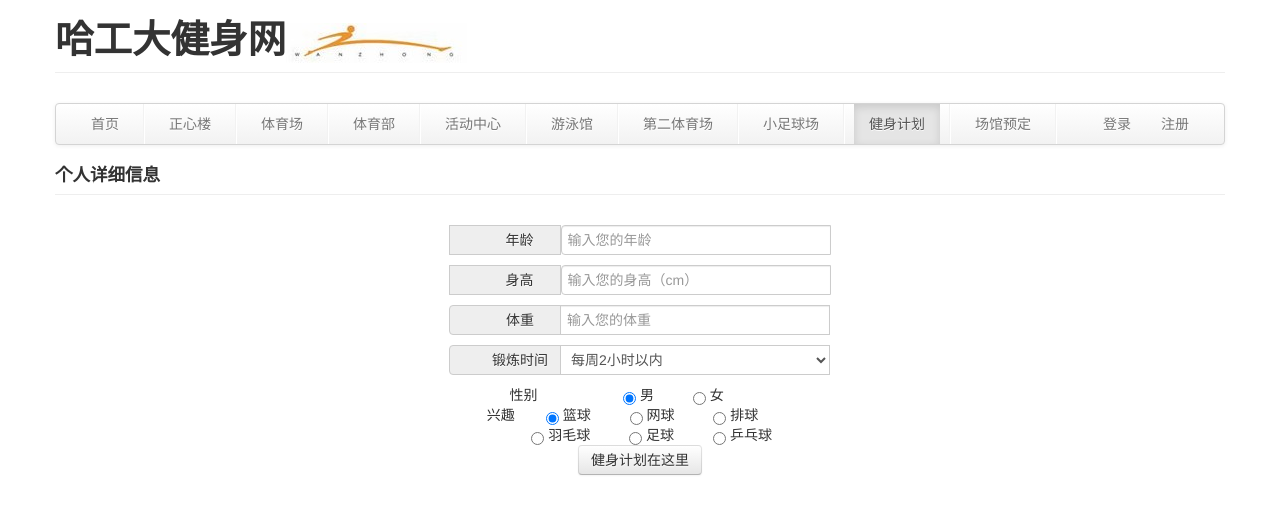
Repository: hitDeveloper/fitness
Page: http://localhost/project/myplan.jsp
The author's editor kept a copy of each file at every save. The page is drawn from the files as they stood at one save, then again after the next save.
The browser window is 1280 px wide. The pictures show the whole page.
The page is served by Tomcat 9. Nobody is signed in. The application's start-up code is not run. Other server files are loaded and not shown.

Above is the page before, as saved 2014-11-19 01:16:19.

### Project/project/WebRoot/myplan.jsp
<%@ page language="java" import="java.util.*" pageEncoding="UTF-8"%>
<!DOCTYPE html>
<html>
<head>
<title>首页</title>
	<meta name="viewport" content="width=device-width, initial-scale=1.0"  charset="utf-8">
	<link href="bootstrap.min.css" rel="stylesheet" type="text/css" media="screen">
	<link href="bootstrap-responsive.min.css" rel="stylesheet" type="text/css">
</head>
<body>
<div class="container">
<h1 class="page-header" >哈工大健身网<img src="image/logo.jpg"></h1>
<div class="navbar">
<div class="navbar-inner">
<div class="container">
<ul class="nav">
	<li><a href="main.jsp">首页</a></li>
	<li class="divider-vertical"></li>
	<li><a href="zhengxin.jsp">正心楼</a></li>
	<li class="divider-vertical"></li>
	<li><a href="gym.jsp">体育场</a></li>
	<li class="divider-vertical"></li>
	<li><a href="tiyubu.jsp">体育部</a></li>
	<li class="divider-vertical"></li>
	<li><a href="center.jsp">活动中心</a></li>
	<li class="divider-vertical"></li>
	<li><a href="swimming.jsp">游泳馆</a></li>
	<li class="divider-vertical"></li>
	<li><a href="gym2.jsp">第二体育场</a></li>
	<li class="divider-vertical"></li>
	<li><a href="xiaozuqiuchang.jsp">小足球场</a></li>
	<li class="divider-vertical"></li>
	<li class="active"><a href="myplan.jsp">健身计划</a></li>
	<li class="divider-vertical"></li>
	<li><a href="book.jsp">场馆预定</a></li>
	<li class="divider-vertical"></li>
</ul>
<ul class="nav pull-right">
	<li><a href="login.jsp">登录</a></li>
	<li><a href="register.jsp">注册</a></li>
</ul>
</div>
</div>
</div>
<h4 class="page-header">个人详细信息</h4>
<div align="center">
<div class="input-append">
<span class="add-on"><div class="span1" align="center">年龄</div></span>
<input type="text" placeholder="输入您的年龄" class="span3" name="age" />
</div></div>
<div align="center">
<div class="input-append">
<span class="add-on"><div class="span1" align="center">身高</div></span>
<input type="password" placeholder="输入您的身高（cm）" class="span3" name="height" />
</div></div>
<div align="center">
<div class="input-prepend input-append">
<span class="add-on"><div class="span1" align="center">体重</div></span>
<input type="password" placeholder="输入您的体重" class="span3" name="weight" />
</div></div>
<div align="center">
<div class="input-prepend input-append">
<span class="add-on"><div class="span1" align="center">锻炼时间</div></span>
<select class="span3" name="payTime">
<option value="每周2小时以内">每周2小时以内</option>
<option value="每周2-5小时之间">每周2-5小时之间</option>
<option value="每周5小时以上">每周5小时以上</option>
</select>
</div></div>
<div align="center">
	 性别&nbsp;&nbsp;&nbsp;&nbsp;&nbsp;&nbsp;&nbsp;&nbsp;&nbsp;&nbsp;&nbsp;&nbsp;&nbsp;&nbsp;&nbsp;&nbsp;&nbsp;&nbsp;&nbsp;&nbsp;&nbsp;
     <input type="radio" name="gender" value="男" checked> 男&nbsp;&nbsp;&nbsp;&nbsp;&nbsp;&nbsp;&nbsp;&nbsp;&nbsp;
     <input type="radio" name="gender" value="女"> 女&nbsp;&nbsp;&nbsp;&nbsp;&nbsp;&nbsp;&nbsp;&nbsp;&nbsp;&nbsp;&nbsp;&nbsp;
</div>
<div align="center">
	 兴趣&nbsp;&nbsp;&nbsp;&nbsp;&nbsp;&nbsp;&nbsp;
     <input type="radio" name="hobby" value="篮球" checked> 篮球&nbsp;&nbsp;&nbsp;&nbsp;&nbsp;&nbsp;&nbsp;&nbsp;&nbsp;
     <input type="radio" name="hobby" value="网球">         网球&nbsp;&nbsp;&nbsp;&nbsp;&nbsp;&nbsp;&nbsp;&nbsp;&nbsp;
     <input type="radio" name="hobby" value="排球">         排球&nbsp;&nbsp;&nbsp;&nbsp;&nbsp;&nbsp;&nbsp;&nbsp;&nbsp;<br>
     &nbsp;&nbsp;&nbsp;&nbsp;&nbsp;&nbsp;&nbsp;&nbsp;&nbsp;&nbsp;&nbsp;&nbsp;&nbsp;&nbsp;
     <input type="radio" name="hobby" value="羽毛球">         羽毛球&nbsp;&nbsp;&nbsp;&nbsp;&nbsp;&nbsp;&nbsp;&nbsp;&nbsp;
     <input type="radio" name="hobby" value="足球">         足球&nbsp;&nbsp;&nbsp;&nbsp;&nbsp;&nbsp;&nbsp;&nbsp;&nbsp;
     <input type="radio" name="hobby" value="乒乓球">         乒乓球&nbsp;&nbsp;&nbsp;&nbsp;&nbsp;&nbsp;&nbsp;&nbsp;&nbsp;
</div>
<div align="center">
	<input class="btn" type="submit" value="健身计划在这里"/>
</div>

</div>
		<script src="jquery-1.11.1.min.js"></script>
		<script src="bootstrap.min.js"></script>
</body>
</html>

Loaded but not shown: Project/project/WebRoot/bootstrap.min.css (library); Project/project/WebRoot/bootstrap-responsive.min.css (library); Project/project/WebRoot/jquery-1.11.1.min.js (library); Project/project/WebRoot/bootstrap.min.js (library)

After the next save:
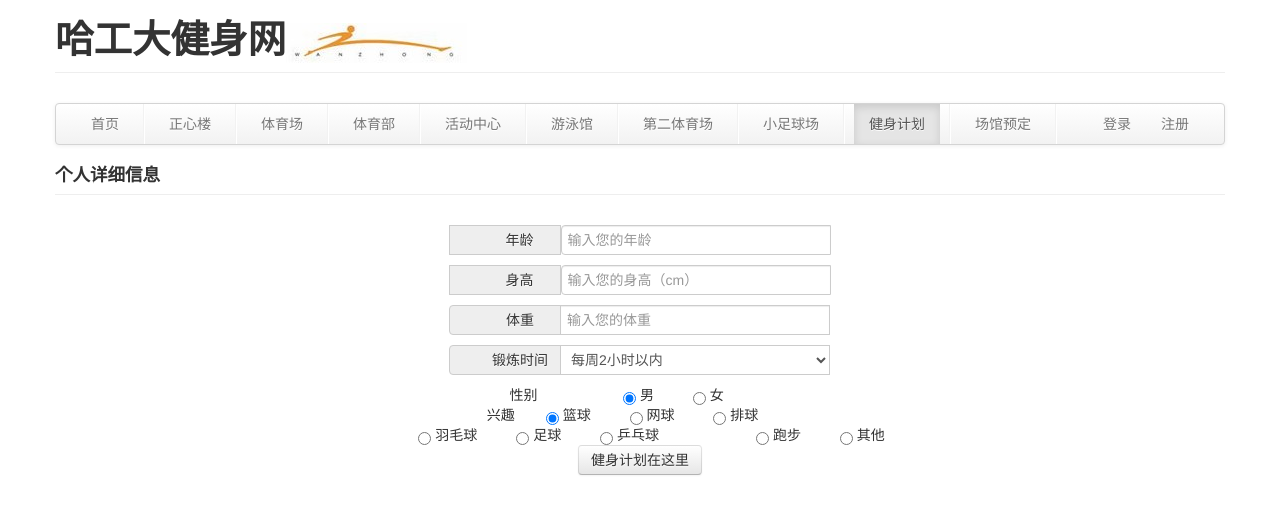
Saved 54 s later.
--- a/Project/project/WebRoot/myplan.jsp
+++ b/Project/project/WebRoot/myplan.jsp
@@ -81,6 +81,9 @@
      <input type="radio" name="hobby" value="羽毛球">         羽毛球&nbsp;&nbsp;&nbsp;&nbsp;&nbsp;&nbsp;&nbsp;&nbsp;&nbsp;
      <input type="radio" name="hobby" value="足球">         足球&nbsp;&nbsp;&nbsp;&nbsp;&nbsp;&nbsp;&nbsp;&nbsp;&nbsp;
      <input type="radio" name="hobby" value="乒乓球">         乒乓球&nbsp;&nbsp;&nbsp;&nbsp;&nbsp;&nbsp;&nbsp;&nbsp;&nbsp;
+     &nbsp;&nbsp;&nbsp;&nbsp;&nbsp;&nbsp;&nbsp;&nbsp;&nbsp;&nbsp;&nbsp;&nbsp;&nbsp;&nbsp;
+     <input type="radio" name="hobby" value="跑步">         跑步&nbsp;&nbsp;&nbsp;&nbsp;&nbsp;&nbsp;&nbsp;&nbsp;&nbsp;
+     <input type="radio" name="hobby" value="足球">         其他&nbsp;&nbsp;&nbsp;&nbsp;&nbsp;&nbsp;&nbsp;&nbsp;&nbsp;
 </div>
 <div align="center">
 	<input class="btn" type="submit" value="健身计划在这里"/>
